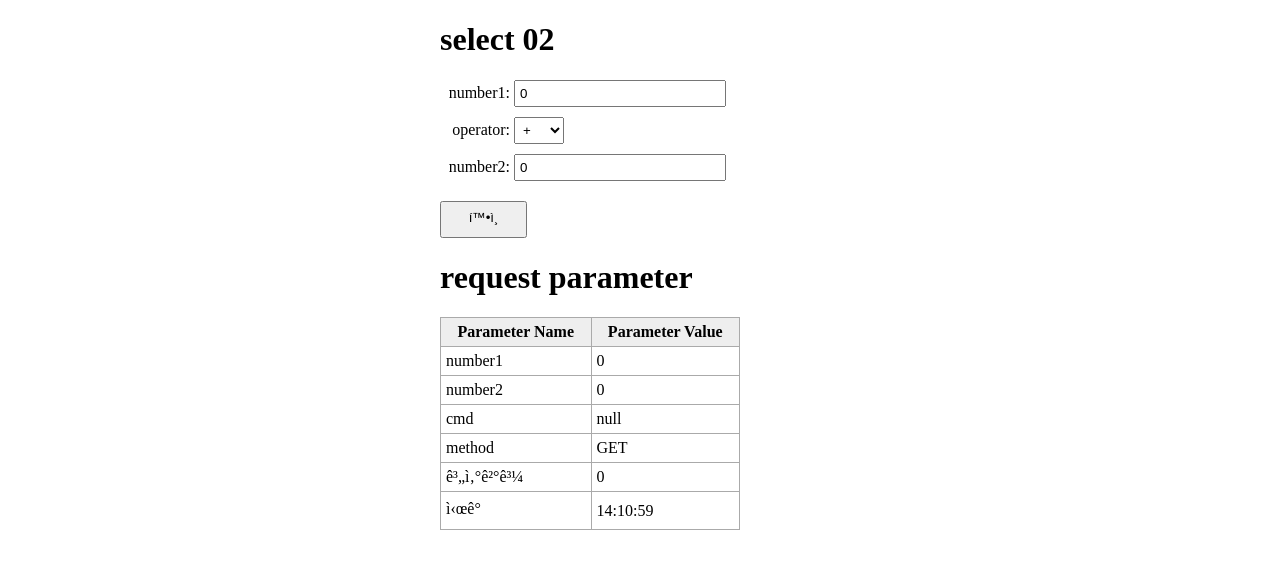
Repository: 5anniversary/JSPhw
Page: http://localhost/lecture1/form01/form1.jsp
These files come from the project's save history. The page is drawn as it stood at one moment and after the next save; the edit follows.
The browser window is 1280 px wide. The pictures show the whole page.
The page is served by Tomcat 9. Other server files are loaded and not shown.

Above is the page before, as saved 2020-04-11 11:28:59.

### lecture1/WebContent/form01/form1.jsp
<!DOCTYPE html>
<html>
<head>
<meta http-equiv="Content-Type" content="text/html; charset=utf-8">
<style>
div.container {
	width: 400px;
	margin: 20px auto;
}

form div {
	margin-bottom: 10px;
}

label {
	display: inline-block;
	width: 70px;
	text-align: right;
}

input {
	width: 200px;
	padding: 4px;
}

select {
	width: 50px;
	padding: 4px;
}

button {
	padding: 0.4em 2em;
	margin-top: 10px;
}

table {
	width: 300px;
	border-collapse: collapse;
}

thead tr {
	background-color: #eee;
}

td, th {
	border: 1px solid #aaa;
	padding: 5px;
}
</style>
</head>
<body>
	<div class="container">
		<form method="get">
			<h1>select 02</h1>
			<div>
				<label>number1:</label> <input type="text" name="number1" value="0" />
			</div>
			<div>
				<label>operator:</label> <select name="cmd">
					<option value="+">+</option>
					<option value="-">-</option>
					<option value="*">*</option>
					<option value="/">/</option>
				</select>
			</div>
			<div>
				<label>number2:</label> <input type="text" name="number2" value="0" />
			</div>
			<div>
				<button type="submit">확인</button>
			</div>
		</form>
		<h1>request parameter</h1>
		<table>
			<thead>
				<tr>
					<th>Parameter Name</th>
					<th>Parameter Value</th>
				</tr>
			</thead>
			<tbody>
				<tr>
					<td>number1</td>
					<td>0</td>

				</tr>
				<tr>
					<td>number2</td>
					<td>0</td>
				</tr>
				<tr>
					<td>cmd</td>
					<td>null</td>
				</tr>
				<tr>
					<td>method</td>
					<td>GET</td>
				</tr>
				<tr>
					<td>계산결과</td>
					<td>0</td>
				</tr>
				<tr>
					<td>시각</td>
					<td>14:10:59</td>
				</tr>
			</tbody>
		</table>
	</div>
</body>
</html>

After the next save:
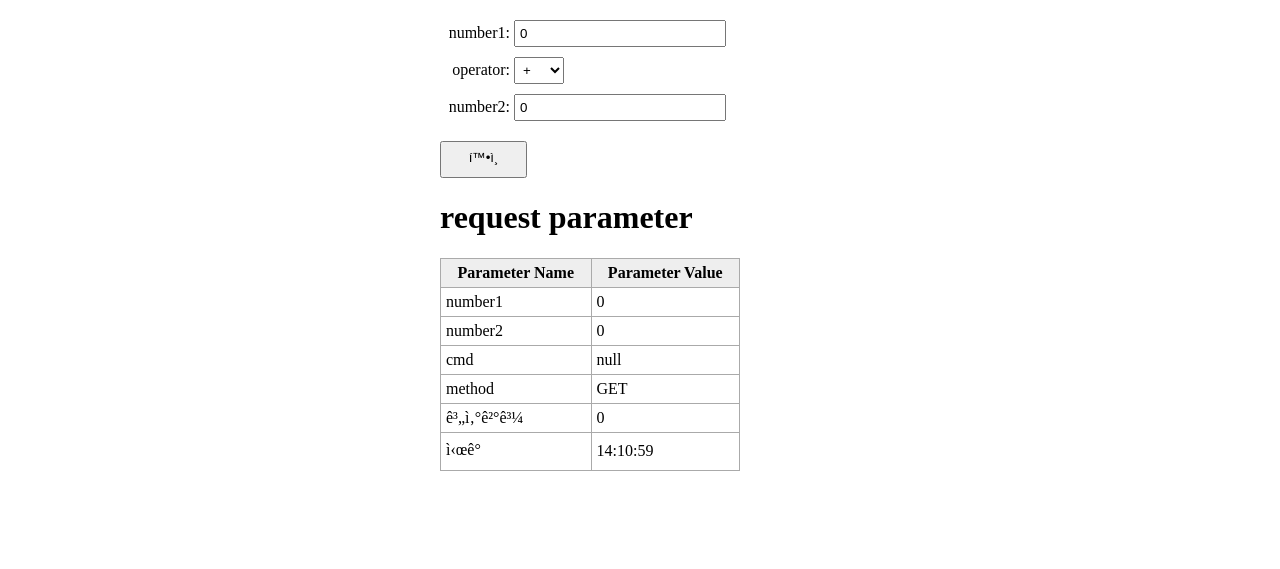
Saved 36 s later.
--- a/lecture1/WebContent/form01/form1.jsp
+++ b/lecture1/WebContent/form01/form1.jsp
@@ -51,7 +51,6 @@ td, th {
 <body>
 	<div class="container">
 		<form method="get">
-			<h1>select 02</h1>
 			<div>
 				<label>number1:</label> <input type="text" name="number1" value="0" />
 			</div>
